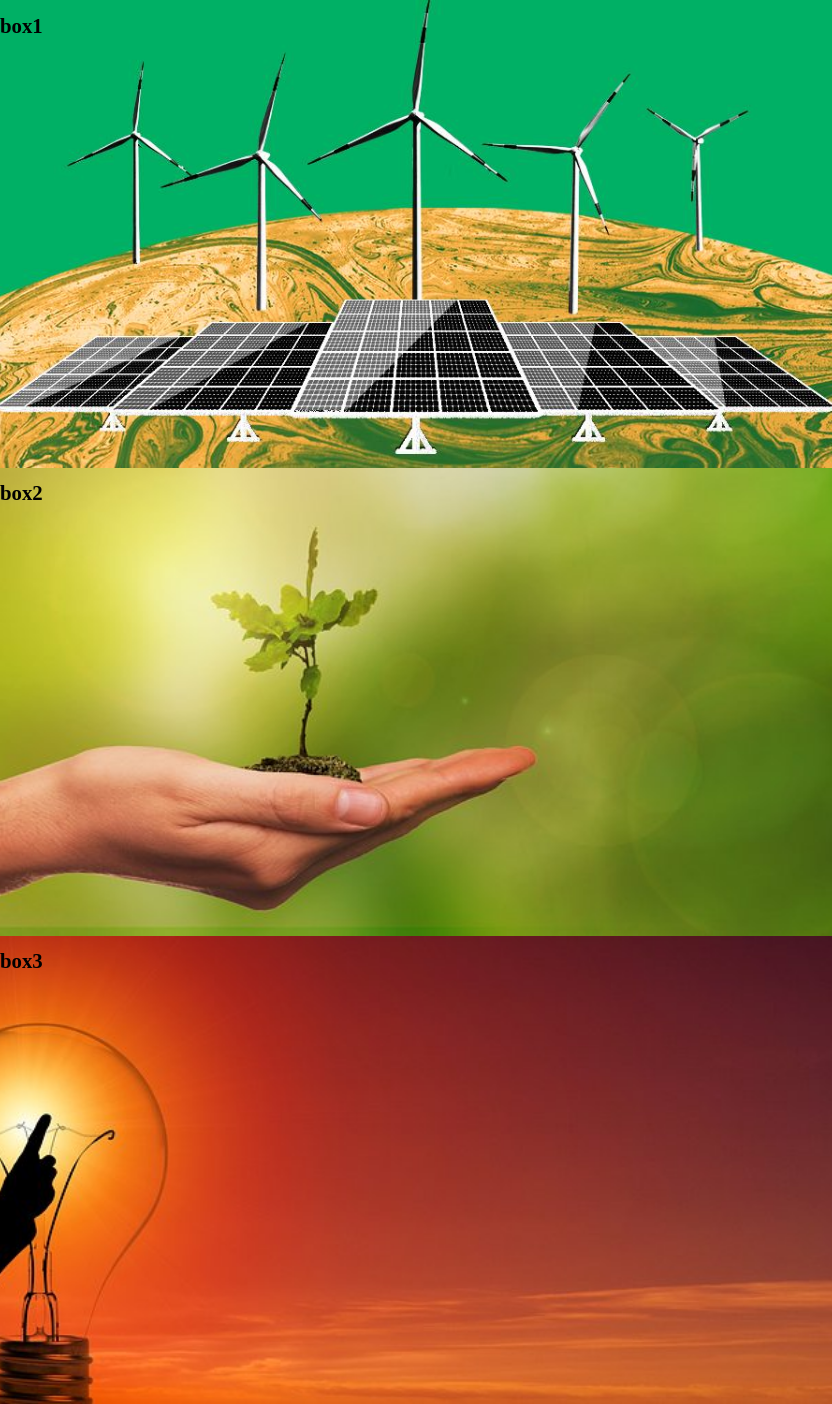
Repository: NavinDayanithi/static-web-design-competition
Page: index.html
These files come from the project's save history. The page is drawn as it stood at one moment and after the next save; the edit follows.
The browser window is 1280 px wide. The pictures show the whole page, at 65% of full size.
Backgrounds fixed to the window are drawn as part of the page.

Above is the page before, as saved 2023-04-28 19:31:58.

### index.html
<!DOCTYPE html>
<html lang="en">
<head>
  <title>POWERING CLIMATE </title>
  <link rel="stylesheet" href="styles.css">
  <h1<
</head>
<body>
    <div class="box1">
        <h1>box1</h1>
    </div>
    <div class="box2">
        <h1>box2</h1>
    </div>
    <div class="box3">
        <h1>box3</h1>
    </div>
</body>
</html>

### styles.css
body{
    margin: 0;
    padding: 0;
    /* background-color: blue; */
}

.box1{
    height: 100vh;
    width:100%;
    background-image: url(img1.jpg);
    background-size: cover;
    background-position: center;
    display: table;
    background-attachment: fixed;
}

.box2{
    height: 100vh;
    width:100%;
    background-image: url(img2.jpg);
    background-size: cover;
    background-position: center;
    display: table;
    background-attachment: fixed;
}

.box3{
    height: 100vh;
    width:100%;
    background-image: url(img3.jpg);
    background-size: cover;
    background-position: center;
    display: table;
    background-attachment: fixed;
}

.h1{
    font-family: sans-serif;
    font-size: 48px;
    color: antiquewhite;
    margin: 0px;
    text-align: center;
    display: table-cell;
    vertical-align: middle;
}

After the next save:
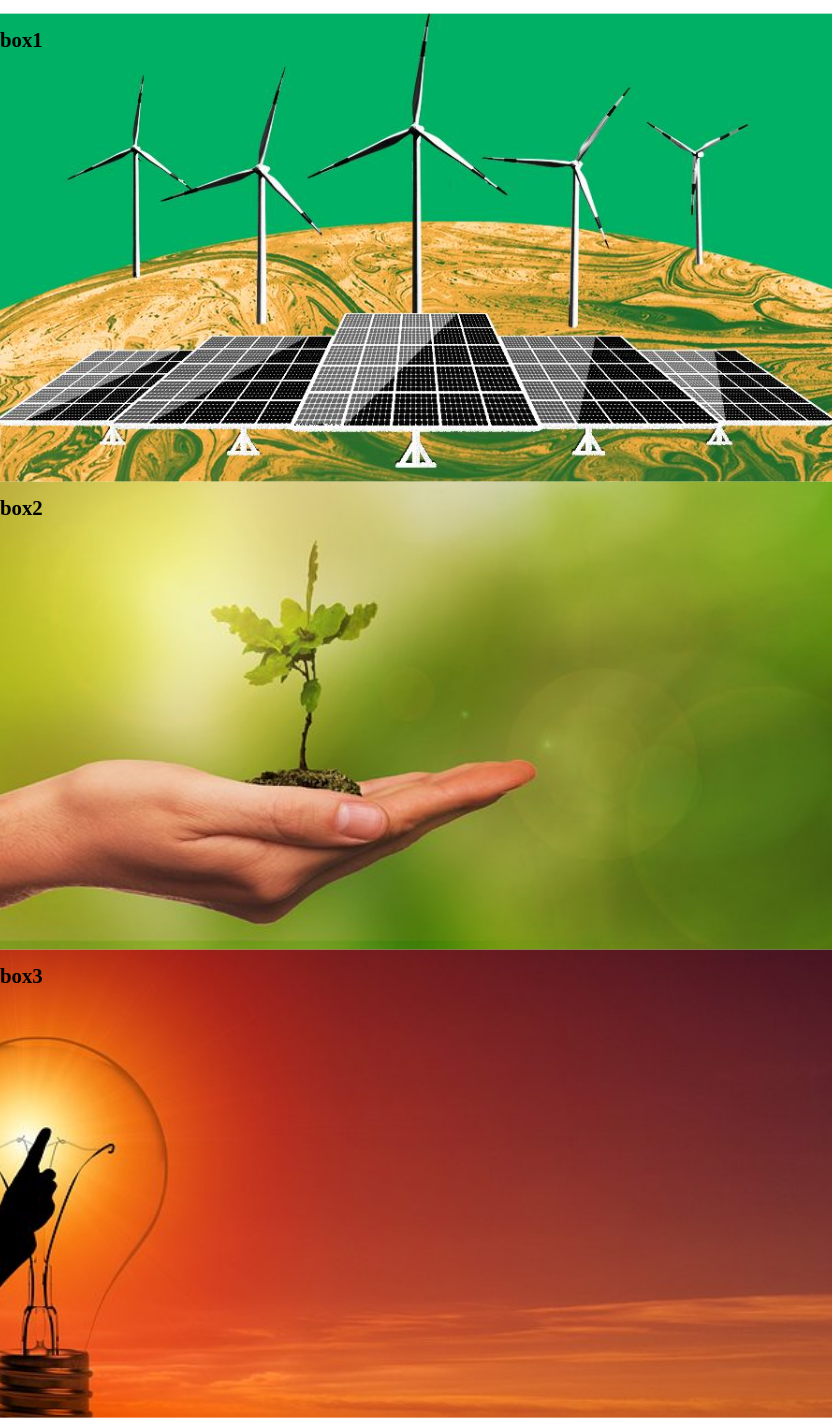
Saved 4 s later.
--- a/index.html
+++ b/index.html
@@ -3,7 +3,7 @@
 <head>
   <title>POWERING CLIMATE </title>
   <link rel="stylesheet" href="styles.css">
-  <h1<
+  <h1></h1>
 </head>
 <body>
     <div class="box1">
